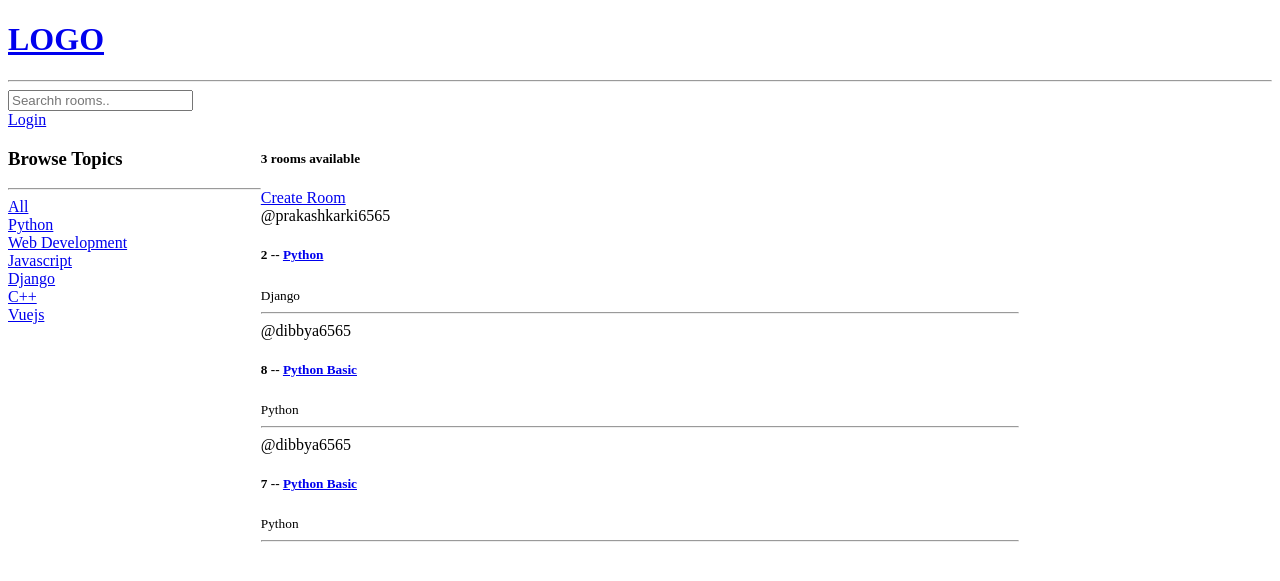
Repository: Dibbya65/Django-Basic
Page: http://localhost/?q=Python
An editor plug-in stored every save of this project. The page is shown before and after a run of saves, followed by the edit.
The browser window is 1280 px wide. The pictures show the whole page.
The page is served by the project's application, run on Django 3.2 (manage.py). Other server files are loaded and not shown. The page reads the database file committed with the project.

Above is the page before, as saved 2021-11-17 23:27:36.

### base/templates/base/home.html
{% extends "layouts/master.html" %} {% block title %} Home {% endblock title %}
{% block content %}
<style>
  .home-container {
    display: grid;
    grid-template-columns: 1fr 3fr 1fr;
  }

</style>
<div class="home-container">
  <div>
    <h3>Browse Topics</h3>
    <hr />
    <div>
      <a href="{% url 'home' %}">All </a>
    </div>
    {%for topic in topics%}
    <div>
      <a href="{% url 'home' %}?q={{topic.name}}">{{topic.name}}</a>
    </div>
    {%endfor%}
  </div>
  <div>
    <h5>{{room_count}} rooms available</h5>
    <a href="{% url 'create-room' %}">Create Room</a>
    {% for room in rooms %}
    <div>
      {% if request.user == room.host %}

      <a href="{% url 'update-room' room.id %}">Edit </a>

      <a href="{% url 'delete-room' room.id %}">Delete </a>
      {%endif%}
      <span>@{{room.host.username}}</span>
      <h5>
        {{room.id}} --
        <a href="{% url 'room-detail' room.id %}">{{room.name}}</a>
      </h5>
      <small>{{room.topic.name}}</small>
      <hr />
    </div>
    {% endfor %}
  </div>
</div>
{% endblock content %}

### templates/layouts/master.html
<!DOCTYPE html>
<html lang="en">

  <head>
    <meta charset="UTF-8" />
    <meta http-equiv="X-UA-Compatible" content="IE=edge" />
    <meta name="viewport" content="width=device-width, initial-scale=1.0" />
    <title>MySite | {% block title %} {% endblock %}</title>
  </head>

  <body>
    <a href="/">
      <h1>LOGO</h1>
    </a>
    <hr>
    <form action="{% url 'home' %}" method="GET">
      <input type="text" name="q" placeholder="Searchh rooms.." />
    </form>
    {% if request.user.is_authenticated %}
    <p>Hello {{ request.user.username }}</p>
    <a href="{% url 'logout' %}">Logout</a>
    {%else%}
    <a href="{% url 'login' %}">Login</a>
    {% endif %}
    {% if messages %}
    <ul class="messages">
      {% for message in messages %}
      <li>{{ message }}</li>
      {% endfor %}
    </ul>
    {% endif %}
    {% block content %}{% endblock %}
  </body>

</html>

### base/models.py
from django.db import models
from django.contrib.auth.models import User

# Create your models here.


# topic model
class Topic(models.Model):
    name = models.CharField(max_length=200)

    def __str__(self):
        return self.name


# room model


class Room(models.Model):
    host = models.ForeignKey(User, on_delete=models.SET_NULL, null=True)
    topic = models.ForeignKey(Topic, on_delete=models.SET_NULL, null=True)
    name = models.CharField(max_length=200)
    description = models.TextField(null=True, blank=True)
    participants = models.ManyToManyField(User, related_name="participants", blank=True)
    Active = "Active"
    Deactive = "Deactive"
    STATUS_CHOICE = ((Active, Active), (Deactive, Deactive))
    status = models.CharField(max_length=50, choices=STATUS_CHOICE, default=Deactive)
    created_at = models.DateTimeField(auto_now_add=True)
    updated_at = models.DateTimeField(auto_now=True)

    class Meta:
        ordering = ["-updated_at", "-created_at"]

    # string representation
    def __str__(self):
        return self.name


# message model


class Message(models.Model):
    user = models.ForeignKey(User, on_delete=models.CASCADE)
    room = models.ForeignKey(Room, on_delete=models.CASCADE)
    body = models.TextField()
    created_at = models.DateTimeField(auto_now_add=True)
    updated_at = models.DateTimeField(auto_now=True)

    def __str__(self):
        return self.body[0:50]

### base/views.py
from django.shortcuts import render, redirect
from django.http import HttpResponse
from django.db.models import Q
from django.contrib.auth.models import User
from django.contrib.auth import authenticate, login, logout
from django.contrib.auth.forms import UserCreationForm
from django.contrib import messages
from django.contrib.auth.decorators import login_required
from .models import Room, Topic, Message
from .forms import RoomForm

# Create your views here.


def login_page(request):
    page = "login"

    if request.user.is_authenticated:
        return redirect("home")

    if request.method == "POST":
        username = request.POST.get("username").lower()
        password = request.POST.get("password")

        try:
            user = User.objects.get(username=username)
        except:
            messages.error(request, "User does not exist")

        user = authenticate(request, username=username, password=password)

        if user is not None:
            login(request, user)
            return redirect("home")
        else:
            messages.error(request, "Invalid credentials")

    context = {"page": page}
    return render(request, "base/login.html", context)


def logout_user(request):
    logout(request)
    return redirect("home")


def register_page(request):
    form = UserCreationForm()

    if request.method == "POST":
        form = UserCreationForm(request.POST)
        if form.is_valid():
            user = form.save(commit=False)
            user.username = user.username.lower()
            user.save()

            login(request, user)

            return redirect("home")
        else:
            messages.error(request, "User registration failed")

    context = {"form": form}

    return render(request, "base/login.html", context)


def home(request):
    q = request.GET.get("q") if request.GET.get("q") != None else ""
    rooms = Room.objects.filter(
        Q(topic__name__icontains=q) | Q(name__icontains=q) | Q(description__icontains=q)
    )
    topics = Topic.objects.all()
    room_count = rooms.count()
    context = {"rooms": rooms, "topics": topics, "room_count": room_count}
    return render(request, "base/home.html", context)


def room(request):
    rooms = Room.objects.all()
    context = {"rooms": rooms}
    return render(request, "base/room.html", context)


def roomdetail(request, pk):
    room = Room.objects.get(id=pk)
    room_messages = room.message_set.all().order_by("-created_at")
    participants = room.participants.all()

    if request.method == "POST":
        message = Message.objects.create(
            user=request.user, room=room, body=request.POST.get("body")
        )
        room.participants.add(request.user)
        return redirect("room-detail", pk=room.id)

    context = {
        "room": room,
        "room_messages": room_messages,
        "participants": participants,
    }
    return render(request, "base/single-room.html", context)


@login_required(login_url="login")
def create_room(request):
    form = RoomForm()
    if request.method == "POST":
        form = RoomForm(request.POST)
        if form.is_valid():
            form.save()
            return redirect("home")

    context = {"form": form}
    return render(request, "base/room_form.html", context)


@login_required(login_url="login")
def update_room(request, pk):
    room = Room.objects.get(id=pk)
    form = RoomForm(instance=room)

    if request.user != room.host:
        return HttpResponse("Unauthenticated!")

    if request.method == "POST":
        form = RoomForm(request.POST, instance=room)
        if form.is_valid():
            form.save()
            return redirect("home")

    context = {"form": form}
    return render(request, "base/room_form.html", context)


@login_required(login_url="login")
def delete_room(request, pk):
    room = Room.objects.get(id=pk)
    if request.user != room.host:
        return HttpResponse("Unauthenticated!")

    if request.method == "POST":
        room.delete()
        return redirect("home")
    return render(request, "base/delete.html", {"obj": room})


@login_required(login_url="login")
def delete_message(request, pk):
    msg = Message.objects.get(id=pk)
    if request.user != msg.user:
        return HttpResponse("Unauthenticated!")

    if request.method == "POST":
        msg.delete()
        return redirect("home")
    return render(request, "base/delete.html", {"obj": msg})

### studybud/urls.py
"""studybud URL Configuration

The `urlpatterns` list routes URLs to views. For more information please see:
    https://docs.djangoproject.com/en/3.2/topics/http/urls/
Examples:
Function views
    1. Add an import:  from my_app import views
    2. Add a URL to urlpatterns:  path('', views.home, name='home')
Class-based views
    1. Add an import:  from other_app.views import Home
    2. Add a URL to urlpatterns:  path('', Home.as_view(), name='home')
Including another URLconf
    1. Import the include() function: from django.urls import include, path
    2. Add a URL to urlpatterns:  path('blog/', include('blog.urls'))
"""
from django.contrib import admin
from django.urls import path, include


urlpatterns = [
    path('admin/', admin.site.urls),
    path('', include('base.urls'))
]

### base/urls.py
from django.urls import path
from . import views

urlpatterns = [
    path("login/", views.login_page, name="login"),
    path("register/", views.register_page, name="register"),
    path("logout/", views.logout_user, name="logout"),
    path("", views.home, name="home"),
    path("room/", views.room, name="room"),
    path("room/<str:pk>", views.roomdetail, name="room-detail"),
    path("create/room/", views.create_room, name="create-room"),
    path("update/room/<str:pk>/", views.update_room, name="update-room"),
    path("delete/room/<str:pk>/", views.delete_room, name="delete-room"),
    path("delete/message/<str:pk>/", views.delete_message, name="delete-message"),
]

### db.sqlite3 (the tables this page reads, as SQL)
CREATE TABLE "auth_user" ("id" integer NOT NULL PRIMARY KEY AUTOINCREMENT, "password" varchar(128) NOT NULL, "last_login" datetime NULL, "is_superuser" bool NOT NULL, "username" varchar(150) NOT NULL UNIQUE, "last_name" varchar(150) NOT NULL, "email" varchar(254) NOT NULL, "is_staff" bool NOT NULL, "is_active" bool NOT NULL, "date_joined" datetime NOT NULL, "first_name" varchar(150) NOT NULL);
INSERT INTO "auth_user" VALUES
(1, 'pbkdf2_sha256$260000$xQxpFxKQ9izBbopr3Dv7HS$ZdGFJYFjajdfBM/ZdnlG6gD0dgX/TKmGyoCCve4Q564=', '2021-11-20 11:25:23.454227', 1, 'dibbya6565', '', 'dibyakarki65@gmail.com', 1, 1, '2021-11-13 15:49:17.112151', ''),
(2, 'pbkdf2_sha256$260000$OcP3oMRwcVFmIc3QPSnltC$GpcmQjPkv0wxmOYWlv/oBQ69CVZRvql5qDH1FvXjTJM=', NULL, 0, 'prakashkarki6565', '', '', 0, 1, '2021-11-14 06:46:21.258105', ''),
(3, 'pbkdf2_sha256$260000$bYZBArIVxYmuNuu5Azzl9d$kAIAJAnHPVaaRNyIMyoHKCgxSXknbwf/ubpWAJYvAxQ=', '2021-11-15 11:51:20.490980', 0, 'prakashkarki6565@gmail.com', '', '', 0, 1, '2021-11-15 11:51:19.976423', ''),
(4, 'pbkdf2_sha256$260000$XQVrpvlajut1jjOP6a31hy$SR7rs3yBHY/pGjCoDxqTx/rkvUNTPMNaSyNaJWyzDpk=', '2021-11-20 08:32:44.875888', 0, 'praksh65', '', '', 0, 1, '2021-11-20 08:32:44.429889', '');

CREATE TABLE "base_room" ("id" integer NOT NULL PRIMARY KEY AUTOINCREMENT, "name" varchar(200) NOT NULL, "description" text NULL, "status" varchar(50) NOT NULL, "created_at" datetime NOT NULL, "updated_at" datetime NOT NULL, "host_id" integer NULL REFERENCES "auth_user" ("id") DEFERRABLE INITIALLY DEFERRED, "topic_id" bigint NULL REFERENCES "base_topic" ("id") DEFERRABLE INITIALLY DEFERRED);
INSERT INTO "base_room" VALUES
(2, 'Python', '', 'Deactive', '2021-11-14 05:23:25.762339', '2021-11-18 15:37:04.256833', 2, 4),
(4, 'MERN', 'LLLLLLLLLLLLLLLLLLLLLLLLLLLLLLLLLLLLLLLorem', 'Deactive', '2021-11-14 05:23:38.846450', '2021-11-17 11:30:16.453294', 1, 3),
(7, 'Python Basic', '', 'Deactive', '2021-11-14 12:32:58.730800', '2021-11-14 12:32:58.730800', 1, 1),
(8, 'Python Basic', '', 'Deactive', '2021-11-15 09:51:28.888430', '2021-11-15 09:51:28.888430', 1, 1),
(9, 'Django Room', 'Reference site about Lorem Ipsum, giving information on its origins, as well as a random Lipsum generator.', 'Deactive', '2021-11-15 09:53:06.866918', '2021-11-17 11:29:38.106094', 2, 4),
(10, 'Study Reactjs', 'Hello from learning react js', 'Active', '2021-11-18 13:20:54.521854', '2021-11-18 13:20:54.522855', 1, 3),
(11, 'Are you interest in Learning Web Development?', 'Lorem ipsum, or lipsum as it is sometimes known, is dummy text used in laying out print, graphic or web designs. The passage is attributed to an unknown ...', 'Active', '2021-11-19 12:49:53.172046', '2021-11-19 12:49:53.172046', 1, 2),
(12, 'Let''s Learn C++ Gaming', 'Lorem ipsum is a pseudo-Latin text used in web design, typography, layout, and printing in place of English to emphasise design elements over content. It''s also ...', 'Deactive', '2021-11-19 15:34:35.009148', '2021-11-19 15:41:00.554091', 1, 5),
(13, 'Vuejs Frontent', 'Reference site about Lorem Ipsum, giving information on its origins, ...Reference site about Lorem Ipsum, giving information on its origins, ...', 'Deactive', '2021-11-20 10:40:24.435527', '2021-11-20 10:40:24.435527', 4, 6);

CREATE TABLE "base_topic" ("id" integer NOT NULL PRIMARY KEY AUTOINCREMENT, "name" varchar(200) NOT NULL);
INSERT INTO "base_topic" VALUES
(1, 'Python'),
(2, 'Web Development'),
(3, 'Javascript'),
(4, 'Django'),
(5, 'C++'),
(6, 'Vuejs ');

After the next 2 saves:
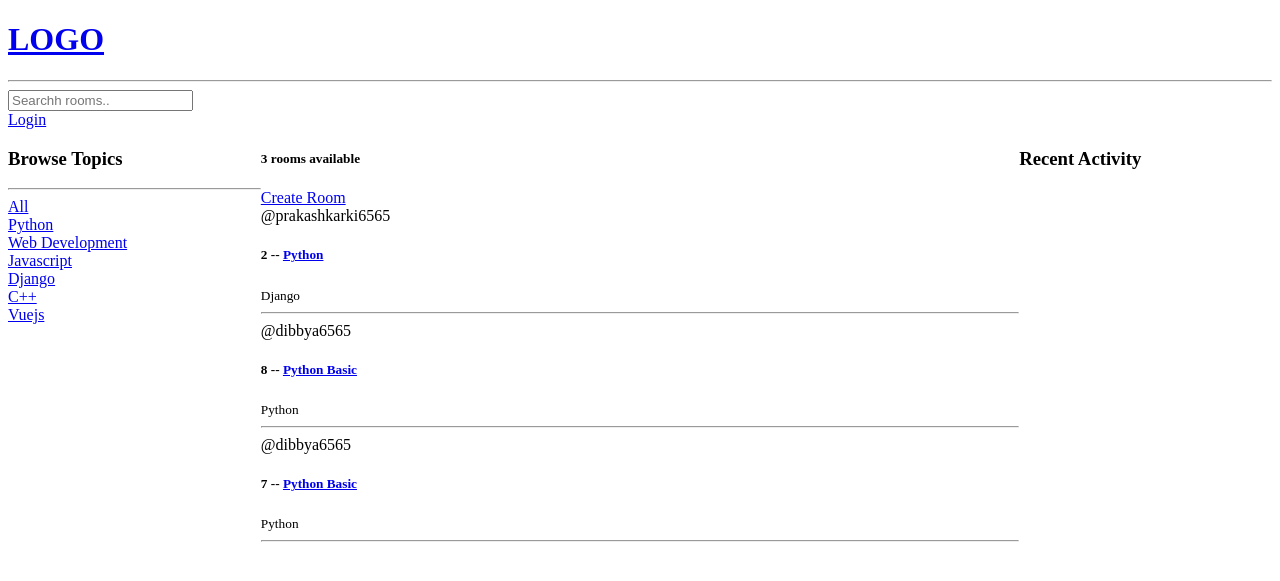
The 2 saves are shown as one change because they came seconds apart.
The last was saved 46 s later.
--- a/base/templates/base/home.html
+++ b/base/templates/base/home.html
@@ -41,5 +41,8 @@
     </div>
     {% endfor %}
   </div>
+  <div>
+    <h3>Recent Activity</h3>
+  </div>
 </div>
 {% endblock content %}
